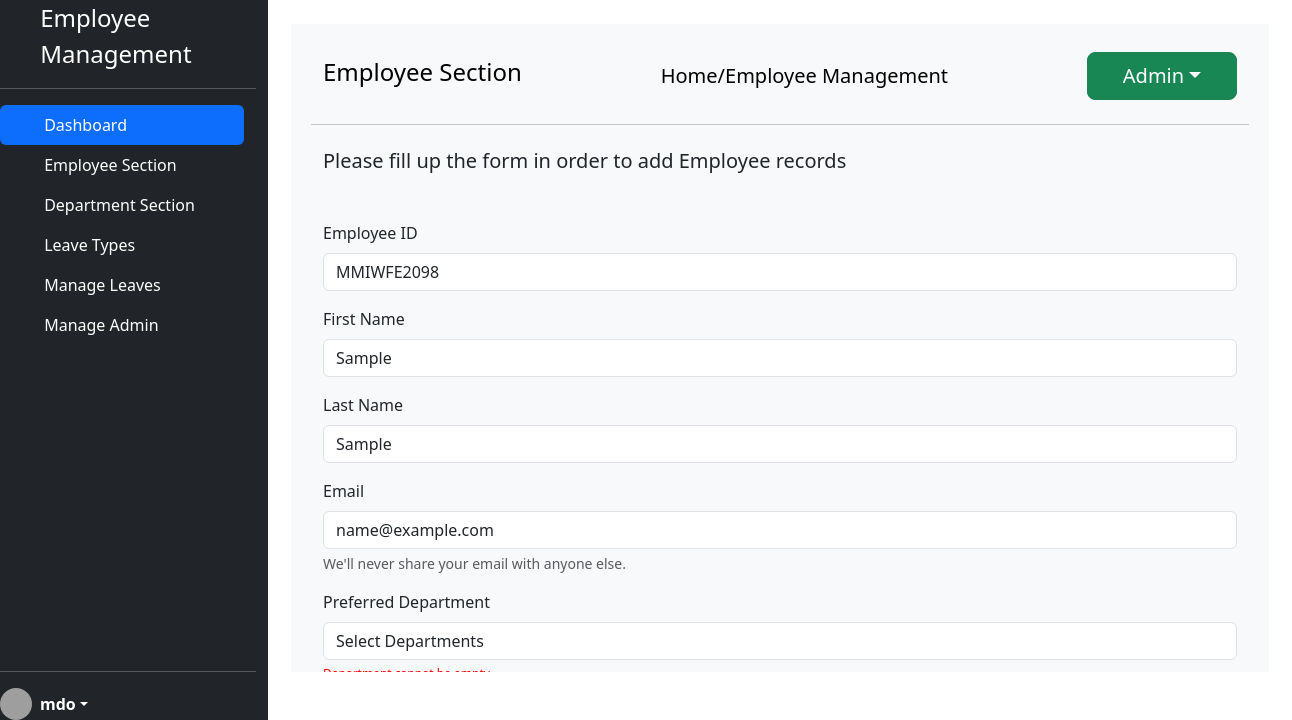
Repository: Ashish4910/Leave-Application-Management
Page: http://localhost/Employee_management/Admin/Add_Employee.jsp
These files come from the project's save history. The page is drawn as it stood at one moment and after the next save; the edit follows.
The browser window is 1280 px wide. The page is 1292 px wide, so the pictures cover 1292 px, including what lies to the right of the window. The pictures show the whole page.
Empty fields were first filled with sample values (such as "Sample", 5 or name@example.com).
After loading, the first visible `form` was submitted once.
Pictures or frames that could not be fetched are drawn as grey boxes. An inner scrolling area shows only its first screen. The page is served by Tomcat 9. Other server files are loaded and not shown. Queries for data that is not in the repository find no rows.

Above is the page before, as saved 2023-12-06 06:45:38.

### Employee Management Project/Employee_management/src/main/webapp/Admin/Add_Employee.jsp
<!doctype html>
<%@page import="java.sql.Statement"%>
<%@page import="java.sql.ResultSet"%>
<%@page import="java.sql.PreparedStatement"%>
<%@page import="java.sql.DriverManager"%>
<%@page import="java.sql.Connection"%>
<html lang="en">
<head>
<meta charset="utf-8">
<meta name="viewport" content="width=device-width, initial-scale=1">
<title>Admin Dashboard</title>
<link
	href="https://cdn.jsdelivr.net/npm/bootstrap@5.3.2/dist/css/bootstrap.min.css"
	rel="stylesheet"
	integrity="sha384-T3c6CoIi6uLrA9TneNEoa7RxnatzjcDSCmG1MXxSR1GAsXEV/Dwwykc2MPK8M2HN"
	crossorigin="anonymous">

<style type="text/css">
.full-height-sidebar {
	height: 100vh;
	background-color: #111;
	color: white;
}

.custom-width {
	width: 280px;
}

.btn-wider {
	min-width: 150px;
}

/* Add CSS to make the right side content scrollable */
.right-content {
	overflow-y: auto;
	height: calc(100vh - 72px); /* Adjust the height as needed */
	padding: 20px;

}
.error-message {
    color: red;
    font-size: 12px;
    margin-top: 5px;
    display: block;
}

</style>
<script>
    function validateForm() {
        var firstName = document.getElementsByName("firstName")[0].value;
        var lastName = document.getElementsByName("lastName")[0].value;
        var email = document.getElementsByName("email")[0].value;
        var department = document.getElementsByName("department")[0].value;
        var gender = document.getElementsByName("gender")[0].value;
        var dob = document.getElementsByName("dob")[0].value;
        var contact = document.getElementsByName("contact")[0].value;
        var country = document.getElementsByName("country")[0].value;
        var address = document.getElementsByName("address")[0].value;
        var city = document.getElementsByName("city")[0].value;
        var password = document.getElementsByName("password")[0].value;

        clearErrorMessages(); // Clear previous error messages

        if (firstName.trim() === "" || !isValidName(firstName)) {
            displayErrorMessage("firstNameError", "Please enter a valid first name");
            return false;
        }
        if (lastName.trim() === "" || !isValidName(lastName)) {
            displayErrorMessage("lastNameError", "Last Name cannot be empty");
            return false;
        }
        if (email.trim() === ""|| !isValidEmail(email)) {
            displayErrorMessage("emailError", "Email cannot be empty");
            return false;
        }
        if (department.trim() === "") {
            displayErrorMessage("departmentError", "Department cannot be empty");
            return false;
        }
        if (gender.trim() === "") {
            displayErrorMessage("genderError", "Gender cannot be empty");
            return false;
        }
        if (dob.trim() === "") {
            displayErrorMessage("dobError", "DOB cannot be empty");
            return false;
        }
        if (contact.trim() === "" && (isNaN(contact) || contact < 1000000000 || contact > 9999999999)) {
            displayErrorMessage("contactError", "Contact cannot be empty");
            return false;
        }
        if (country.trim() === "") {
            displayErrorMessage("countryError", "Country cannot be empty");
            return false;
        }
        if (address.trim() === ""||!isValidName(name)) {
            displayErrorMessage("addressError", "Address cannot be empty");
            return false;
        }
        if (city.trim() === ""||!isValidName(name)) {
            displayErrorMessage("cityError", "City cannot be empty");
            return false;
        }
        if (password.trim() === "") {
            displayErrorMessage("passwordError", "Password cannot be empty");
            return false;
        }
        // Add similar checks for other fields...

        // If all checks pass, call the code to generate the random code
        generateRandomCode();

        // Allow the form to be submitted
        return true;
    }

    function displayErrorMessage(elementId, message) {
        var errorElement = document.getElementById(elementId);
        if (errorElement) {
            errorElement.innerHTML = message;
        }
    }

    function clearErrorMessages() {
        var errorElements = document.getElementsByClassName("error-message");
        for (var i = 0; i < errorElements.length; i++) {
            errorElements[i].innerHTML = "";
        }
    }

    function generateRandomCode() {
        var prefix = "MMIWFE";
        var randomCode = generateRandom4DigitNumber();
        var employeeId = prefix + randomCode;
        document.getElementById("employeeId").value = employeeId;
    }

    function generateRandom4DigitNumber() {
        return String(Math.floor(1000 + Math.random() * 9000));
    }
    function isValidEmail(email) {
        var emailRegex = /^[^\s@]+@[^\s@]+\.[^\s@]+$/;
        return emailRegex.test(email);
    }
    function isValidName(name) {
        var nameRegex = /^[a-zA-Z]+$/;
        return nameRegex.test(name);
    }
</script>

<link rel="stylesheet"
	href="https://cdnjs.cloudflare.com/ajax/libs/font-awesome/6.2.1/css/all.min.css"
	integrity="sha512-MV7K8+y+gLIBoVD59lQIYicR65iaqukzvf/nwasF0nqhPay5w/9lJmVM2hMDcnK1OnMGCdVK+iQrJ7lzPJQd1w=="
	crossorigin="anonymous" referrerpolicy="no-referrer" />
</head>
<body>

	<div class="row">
		<div
			class="d-flex flex-column  text-bg-dark  col-lg-2 full-height-sidebar custom-width ">
			<a href="/"
				class="d-flex align-items-center mb-3 mb-md-0 me-md-auto text-white text-decoration-none">
				<svg class="bi pe-none me-2" width="40" height="32">
				<use xlink:href="#bootstrap"></use></svg> <span class="fs-4">Employee
					Management</span>
			</a>
			<hr>
			<ul class="nav nav-pills flex-column mb-auto container-fluid">
				<li class="nav-item"><a href="Admin_dashboard.jsp"
					class="nav-link active" aria-current="page"> <svg
							class="bi pe-none me-2" width="16" height="16">
						<use xlink:href="#home"></use></svg> Dashboard
				</a></li>
				<li><a href="Employee_Section.jsp" class="nav-link text-white">
						<svg class="bi pe-none me-2" width="16" height="16">
						<use xlink:href="#speedometer2"></use></svg> Employee Section
				</a></li>
				<li><a href="#" class="nav-link text-white"> <svg
							class="bi pe-none me-2" width="16" height="16">
						<use xlink:href="#table"></use></svg> Department Section
				</a></li>
				<li><a href="#" class="nav-link text-white"> <svg
							class="bi pe-none me-2" width="16" height="16">
						<use xlink:href="#grid"></use></svg> Leave Types
				</a></li>
				<li><a href="#" class="nav-link text-white"> <svg
							class="bi pe-none me-2" width="16" height="16">
						<use xlink:href="#people-circle"></use></svg> Manage Leaves
				</a></li>
				<li><a href="Manage_Admin.jsp" class="nav-link text-white">
						<svg class="bi pe-none me-2" width="16" height="16">
						<use xlink:href="#people-circle"></use></svg> Manage Admin
				</a></li>
			</ul>
			<hr>
			<div class="dropdown">
				<a href="#"
					class="d-flex align-items-center text-white text-decoration-none dropdown-toggle"
					data-bs-toggle="dropdown" aria-expanded="false"> <img
					src="https://github.com/mdo.png" alt="" width="32" height="32"
					class="rounded-circle me-2"> <strong>mdo</strong>
				</a>
				<ul class="dropdown-menu dropdown-menu-dark text-small shadow">
					<li><a class="dropdown-item" href="#">New project...</a></li>
					<li><a class="dropdown-item" href="#">Settings</a></li>
					<li><a class="dropdown-item" href="#">Profile</a></li>
					<li><hr class="dropdown-divider"></li>
					<li><a class="dropdown-item" href="#">Sign out</a></li>
				</ul>
			</div>
		</div>




		<!-- ==================================== Second Div Start ===================== -->
		<div class="container col-lg-9 bg-light mt-4 right-content">

			<div class="card-body">
				<nav class="navbar navbar-light bg-light">
					<div class="container-fluid">
						<a class="navbar-brand" href="#"><h4>Employee Section</h4></a> <a
							class="navbar-brand" href="#">Home/Employee Management</a>
						<!-- 	<button type="button" class="btn btn-primary"
							style="hight: 200px; width: 200px">Admin</button> -->



						<div class="dropdown nav-item ">
							<a class="btn btn-success dropdown-toggle btn-lg  btn-wider "
								href="#" role="button" data-bs-toggle="dropdown"
								aria-expanded="false">Admin</a>
							<ul class="dropdown-menu">
								<li><a class="dropdown-item" href="#">Log-Out</a></li>
							</ul>
						</div>
					</div>
				</nav>
			</div>

			<hr>
			<div class="container mt-4">
				<div class=" mt-3 mb-5">
					<h5>Please fill up the form in order to add Employee records</h5>
				</div>
				<form action="../Add_Employee" method="post"
					onsubmit="generateRandomCode(); return validateForm();">

					<!-- <div class="mb-3">
						<label for="exampleInputEmail1" class="form-label">Employee
							ID</label> <input type="text" class="form-control"
							aria-describedby="emailHelp" name="employeeId" disabled
							placeholder="Employee ID is Auto Generated ">
					</div> -->



					<div class="mb-3">
						<label for="exampleInputPassword1" class="form-label">Employee
							ID</label> <input type="text" class="form-control" id="employeeId"
							name="employeeId" readonly
							placeholder="Employee ID is Auto Generated">
					</div>



					<div class="mb-3">
						<label for="exampleInputPassword1" class="form-label">First
							Name</label> <input type="text" class="form-control" name="firstName">
						<span id="firstNameError" class="error-message"></span>
					</div>


					<div class="mb-3">
						<label for="exampleInputPassword1" class="form-label">Last
							Name</label> <input type="text" class="form-control" name="lastName">
							<span id="lastNameError" class="error-message"></span>
					</div>
					<div class="mb-3">
						<label for="exampleInputPassword1" class="form-label">Email</label>
						<input type="email" class="form-control" name="email">
						<div id="emailHelp" class="form-text">We'll never share your
							email with anyone else.
							<span id="emailError" class="error-message"></span>
							</div>
					</div>
					<div class="mb-3">
						<label for="exampleInputPassword1" class="form-label">Preferred
							Department</label> <select name="department" class="form-control"
							placeholder="Please Select the Department">
							<option value="">Select Departments</option>
							<%
							try {
								Class.forName("com.mysql.cj.jdbc.Driver");
								Connection conn = DriverManager
								.getConnection("jdbc:mysql://localhost:3306/employee_management?user=root&password=root123@");
								String sql = "Select * from departments";
								Statement pstmt = conn.createStatement();
								ResultSet rs = pstmt.executeQuery(sql);
								while (rs.next()) {
							%>
							<option value="<%=rs.getString("Department_Name")%>"><%=rs.getString("Department_Name")%></option>
							<%
							}
							%>

							<%
							} catch (Exception e) {
							e.printStackTrace();

							}
							%>

						</select>
						<span id="departmentError" class="error-message"></span>
					</div>

					<div class="mb-3">
						<label for="exampleInputPassword1" class="form-label">Choose
							Gender</label> <select name="gender" class="form-control"
							placeholder="Please Select the Gender">
							<option value="">Select Gender</option>
							<option value="male">Male</option>
							<option value="female">Female</option>
							<option value="other">Other</option>
						</select>
						<span id="genderError" class="error-message"></span>
					</div>

					<div class="mb-3">
						<label for="exampleInputPassword1" class="form-label">DOB</label>
						<input type="date" class="form-control" name="dob">
						<span id="dobError" class="error-message"></span>
					</div>

					<div class="mb-3">
						<label for="exampleInputPassword1" class="form-label">Contact
							Number</label> <input type="number" class="form-control" name="contact">
							<span id="contactError" class="error-message"></span>
					</div>

					<div class="mb-3">
						<label for="exampleInputPassword1" class="form-label">Country</label>
						<input type="text" class="form-control" name="country">
						<span id="countryError" class="error-message"></span>
					</div>

					<div class="mb-3">
						<label for="exampleInputPassword1" class="form-label">Address
						</label> <input type="text" class="form-control" name="address">
						<span id="addressError" class="error-message"></span>
					</div>
					<div class="mb-3">
						<label for="exampleInputPassword1" class="form-label">City</label>
						<input type="text" class="form-control" name="city">
						<span id="cityError" class="error-message"></span>
					</div>
					<h3>Set password for Employee Login</h3>
					<div class="mb-3">
						<label for="exampleInputPassword1" class="form-label">Password</label>
						<input type="password" class="form-control" name="password">
						<span id="passwordError" class="error-message"></span>
					</div>





					<button type="submit" class="btn btn-primary">Process</button>
				</form>

			</div>
		</div>




		<!-- 	========================second div end ========================= -->
	</div>




	<script>
		function generateRandomCode() {
			// Define the prefix and generate a random 4-digit number
			var prefix = "MMIWFE";
			var randomCode = generateRandom4DigitNumber();

			// Combine the prefix and the random code
			var employeeId = prefix + randomCode;

			// Set the generated code to the input field
			document.getElementById("employeeId").value = employeeId;
		}

		function generateRandom4DigitNumber() {
			return String(Math.floor(1000 + Math.random() * 9000));
		}
	</script>




	<script
		src="https://cdn.jsdelivr.net/npm/bootstrap@5.3.2/dist/js/bootstrap.bundle.min.js"
		integrity="sha384-C6RzsynM9kWDrMNeT87bh95OGNyZPhcTNXj1NW7RuBCsyN/o0jlpcV8Qyq46cDfL"
		crossorigin="anonymous"></script>
</body>
</html>

After the next save:
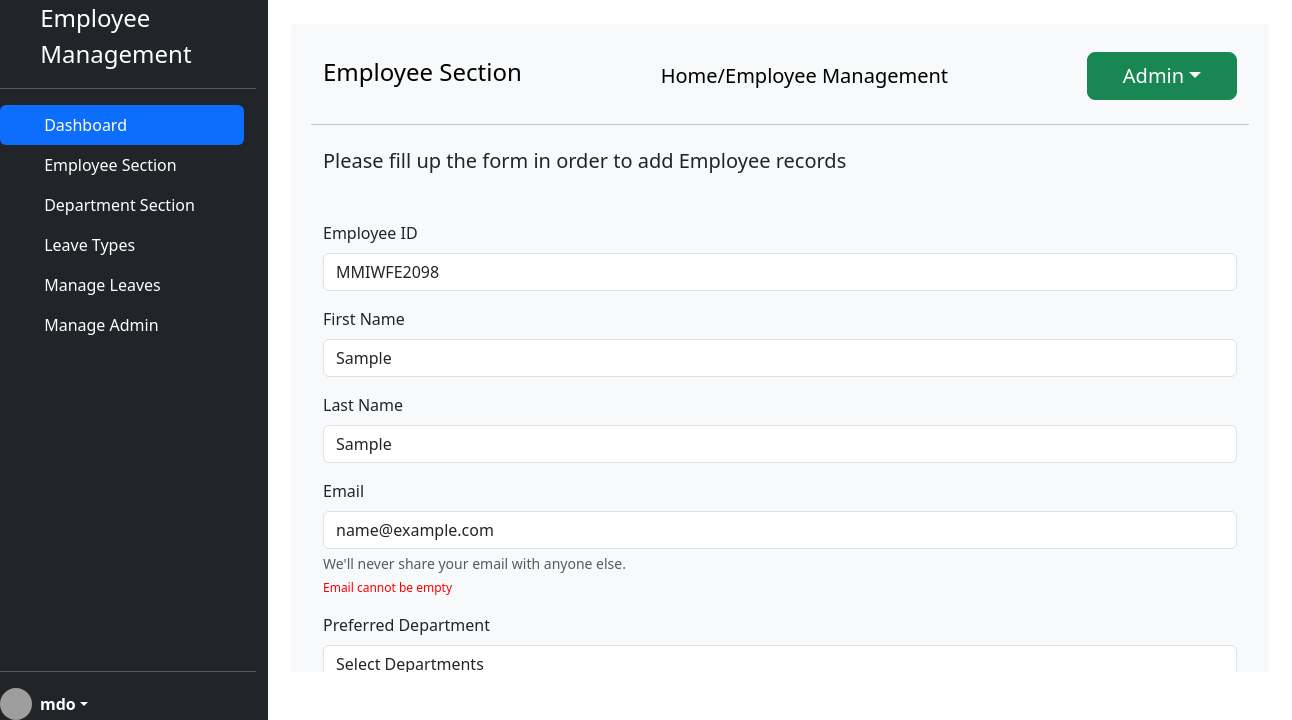
Saved 75 s later.
--- a/Employee Management Project/Employee_management/src/main/webapp/Admin/Add_Employee.jsp
+++ b/Employee Management Project/Employee_management/src/main/webapp/Admin/Add_Employee.jsp
@@ -69,7 +69,7 @@
             displayErrorMessage("lastNameError", "Last Name cannot be empty");
             return false;
         }
-        if (email.trim() === ""|| !isValidEmail(email)) {
+        if (email.trim() === ""|| !isValidEmail()) {
             displayErrorMessage("emailError", "Email cannot be empty");
             return false;
         }
@@ -93,11 +93,11 @@
             displayErrorMessage("countryError", "Country cannot be empty");
             return false;
         }
-        if (address.trim() === ""||!isValidName(name)) {
+        if (address.trim() === "") {
             displayErrorMessage("addressError", "Address cannot be empty");
             return false;
         }
-        if (city.trim() === ""||!isValidName(name)) {
+        if (city.trim() === "") {
             displayErrorMessage("cityError", "City cannot be empty");
             return false;
         }

After the save that followed:
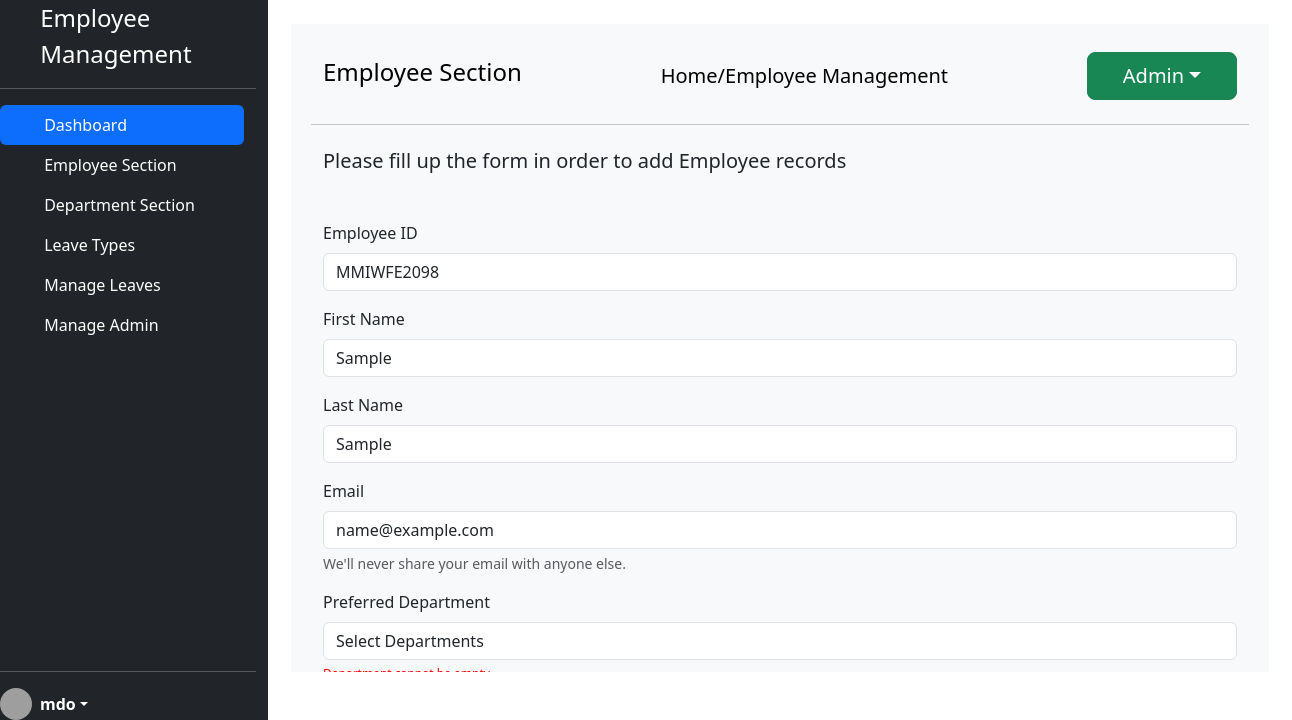
Saved 5 min 57 s later.
--- a/Employee Management Project/Employee_management/src/main/webapp/Admin/Add_Employee.jsp
+++ b/Employee Management Project/Employee_management/src/main/webapp/Admin/Add_Employee.jsp
@@ -69,7 +69,7 @@
             displayErrorMessage("lastNameError", "Last Name cannot be empty");
             return false;
         }
-        if (email.trim() === ""|| !isValidEmail()) {
+        if (email.trim() === ""|| !isValidEmail(email)) {
             displayErrorMessage("emailError", "Email cannot be empty");
             return false;
         }
